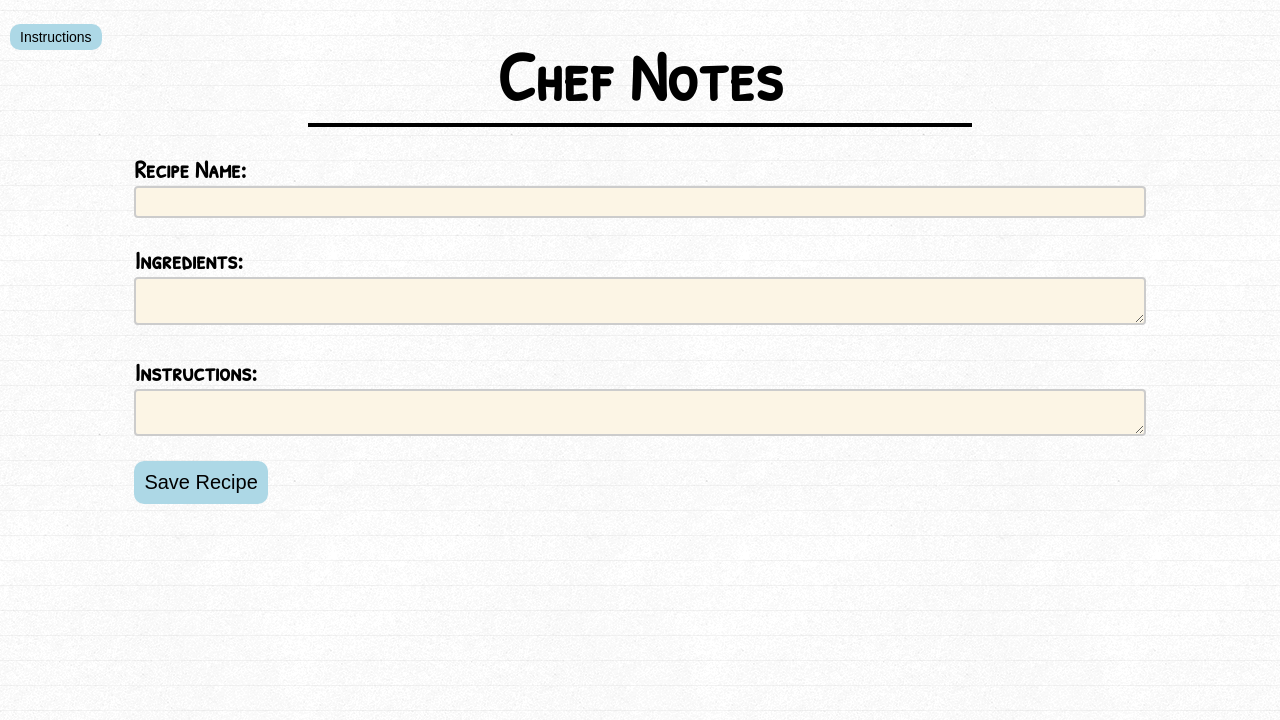
Repository: Chadloswald/RecipeSite
Page: docs/index.html
The author's editor kept a copy of each file at every save. The page is drawn from the files as they stood at one save, then again after the next save.
The browser window is 1280 px wide. The pictures show the whole page.

Above is the page before, as saved 2023-06-05 11:09:15.

### docs/index.html
<!DOCTYPE html>
<html lang="en">
  <head>
    <meta charset="UTF-8">
    <meta name="viewport" content="width=device-width, initial-scale=1.0">
    <title>ChefNotes</title>
    <style type="text/css">
    </style>
    <link rel="stylesheet" href="style.css">
  </head>
  <body>
    <button id="help" class="help">Instructions</button>
    <h1>Chef Notes</h1>
    <form>
      <label for="name">Recipe Name:</label>
      <input type="text" id="name" name="name">
      <br>
      <label for="ingredients">Ingredients:</label>
      <textarea id="ingredients" name="ingredients"></textarea>
      <br>
      <label for="instructions">Instructions:</label>
      <textarea id="instructions" name="instructions"></textarea>
      <br>
      <div id="button-container">
        <button id="saveButton" type="button">Save Recipe</button>
        <button id="printButton">Print Recipes</button>
        <button id="emailButton">Email Recipes</button>
        <button id="deleteButton">Delete All Recipes</button>
      </div>
    </form>
    <div id="recipe-list">
      <div class="recipe-line"></div>
    <div id="list"></div>
    </div>
    <script src="scripts.js"></script>
  </body>
</html>

### docs/style.css
@font-face {
  font-family: 'Patrick Hand';
  src: url('PatrickHandSC-Regular.ttf') format('truetype');
}

body {
  font-family: 'Patrick Hand', cursive;
  margin-top: 30px 0px 0px 0px;
  padding: 0;
  background-image: url("lined-paper-2.png");
}

h1 {
  text-align: center;
  padding: 20px 0 0 0;
  border-bottom: 4px solid black;
  margin: 0 300px;
  font-size: 70px;
}

#help {
  position: fixed;
  top: 10px;
  left: 10px;
}

.help {
  font-size: 14px;
  padding: 5px 10px;
}

form {
  width: 80%;
  margin: 0 auto;
}

label {
  display: block;
  font-weight: bold;
  margin-top: 1em;
  font-size: 25px;
}

input[type="text"], textarea {
  background-color: #FCF5E5;
  width: 100%;
  box-sizing: border-box;
  padding: 0.5em;
  border: 2px solid #ccc;
  border-radius: 4px;
}

button {
  margin: 1em auto;
  padding: 0.5em;
  border-radius: 10px;
  font-size: 20px;
  border: none;
  cursor: pointer;
  background-color: #ADD8E6;
  color: black;
}

button:hover {
  background-color: gray;
  color: #FCF5E5;
}

.button-container {
  display: flex;
  flex-direction: row;
  align-items: center;
  justify-content: center;
}

.button-container button {
  margin: 0 10px;
}

#printButton {
  display: none;
}

#emailButton {
  display: none;
}

#deleteButton {
  display: none;
}

#recipe-list {
  width: 80%;
  margin: 1em auto;
  font-size: 25px;
}

h2 {
  font-size: 25px;
}

p {
  font-size: 20px;
}

.recipe-line {
  height: 1px;
	background-color: black;
	position: relative;
	margin-top: 30px;
	margin-bottom: 30px;
	left: 0;
	width: 50%;
  display: none;
}

.recipe:not(:last-child) .recipe-line {
  display: block;
  margin-left: 25%;
}

/* Printing style */
@media print {
  /* Remove form elements */
  form {
    display: none;
  }

  #help {
    display: none;
  }

  /* Position Chef and Notes next to each other */
  h1 {
    display: flex;
    align-items: center;
    justify-content: center;
    font-size: 40px;
    margin: 0;
    padding-top: 20px;
    border-bottom: 4px solid black;
    page-break-after: avoid; /* prevent the header from breaking across pages */
  }

  h1 span:first-child {
    margin-right: 20px; /* add space between Chef and Notes */
  }

  /* Adjust margins and padding */
  body {
    margin: 20mm 25mm 20mm 25mm; /* top right bottom left */
    padding: 0;
  }

  h2 {
    font-size: 30px;
  }

  p {
    font-size: 20px;
  }

  /* Add page breaks between recipes */
  .recipe:not(:last-child) {
    page-break-after: always;
  }
  #recipe-list {
    margin-left: 0;
  }
}

/* CSS for screens up to 820px */
@media screen and (max-width: 820px) {
  body {
    margin-top: 12px;
  }

  h1 {
    font-size: 38px;
    margin: 0 40px;
  }

  form {
    width: 85%;
  }

  button {
    font-size: 14px;
    padding: 0.25em;
  }
}

/* CSS for screens up to 600px */
@media screen and (max-width: 600px) {
  body {
    margin-top: 10px;
  }

  h1 {
    font-size: 40px;
    margin: 0 50px;
  }

  form {
    width: 90%;
  }

  button {
    font-size: 15px;
    padding: 0.3em;
  }
}

/* CSS for screens up to 480px */
@media screen and (max-width: 480px) {
  body {
    margin-top: 15px;
  }

  h1 {
    font-size: 35px;
    margin: 0 30px;
  }

  form {
    width: 80%;
  }

  button {
    font-size: 12px;
    padding: 0.2em;
  }
}

/* CSS for screens up to 320px */
@media screen and (max-width: 320px) {
  body {
    margin-top: 20px;
  }

  h1 {
    font-size: 30px;
    margin: 0 20px;
  }

  form {
    width: 70%;
  }

  button {
    font-size: 10px;
    padding: 0.1em;
  }
}

.recipe {
  word-wrap: break-word;
}

### docs/scripts.js
const recipeList = document.getElementById('recipe-list');

document.addEventListener('DOMContentLoaded', function() {

  const save = document.getElementById('saveButton');

  const nameInput = document.getElementById('name');
  const ingredientsInput = document.getElementById('ingredients');
  const instructionsInput = document.getElementById('instructions');

  save.addEventListener('click', function() {

    const name = nameInput.value.trim();
    const ingredients = ingredientsInput.value.trim();
    const instructions = instructionsInput.value.trim();

    if (name === '' || ingredients === '' || instructions === '') {
      alert('Please fill in all the fields before saving the recipe.');
      return
    }

    document.getElementById("printButton").style.display = "inline";
    document.getElementById("emailButton").style.display = "inline";
    document.getElementById("deleteButton").style.display = "inline";

    const recipe = document.createElement('div');
    recipe.classList.add('recipe'); // Add the 'recipe' class

    const recipeName = document.createElement('h2');
    const recipeIngredients = document.createElement('p');
    const recipeInstructions = document.createElement('p');
    const recipeLine = document.createElement('div');

    recipeLine.classList.add('recipe-line');

    recipe.appendChild(recipeLine);

    recipeName.innerText = name;
    recipeIngredients.innerText = `Ingredients: ${ingredients}`;
    recipeInstructions.innerText = `Instructions: ${instructions}`;

    recipe.appendChild(recipeName);
    recipe.appendChild(recipeIngredients);
    recipe.appendChild(recipeInstructions);

    recipeList.appendChild(recipe);

    recipeLine.style.display = 'block';

    nameInput.value = '';
    ingredientsInput.value = '';
    instructionsInput.value = '';
  });

  const printButton = document.getElementById('printButton');

  printButton.addEventListener('click', function() {
    window.print();
    event.preventDefault();
  });

  const emailButton = document.getElementById('emailButton');

  emailButton.addEventListener('click', function() {
    // Get the saved recipe list
    const recipes = recipeList.getElementsByClassName('recipe');

    // Create the email body with the contents of the saved recipe list
    let emailBody = '';
    for (let i = 0; i < recipes.length; i++) {
      const recipe = recipes[i];
      const recipeName = recipe.querySelector('h2').innerText;
      const recipeIngredients = recipe.querySelector('p:nth-of-type(1)').innerText;
      const recipeInstructions = recipe.querySelector('p:nth-of-type(2)').innerText;

      emailBody += `${recipeName}\n\nIngredients: ${recipeIngredients}\n\nInstructions: ${recipeInstructions}\n\n`;
    }

    event.preventDefault();
    // Open the default email client with the populated email body
    const subject = 'My Saved Recipes';
    const mailtoLink = `mailto:?subject=${encodeURIComponent(subject)}&body=${encodeURIComponent(emailBody)}`;
    window.location.href = mailtoLink;

  });

  help.addEventListener('click', function() {
    window.alert("\nWelcome to Chef Notes! \nChef Notes is designed for you to quickly jot down those recipe ideas that you have on the go! Just fill in the Recipe Name, the Ingredients, and the Directions into the corresponding fields then click the Save Recipe button. \nOnce you've got a recipe or two saved up, click the Print Recipe button to open your devices print services, select a printer, then print a hard copy of your recipes \nClick the Email Recipes button to open up your device's default email client so you can send your recipes wherever they need to go!");
  });
  const deleteButton = document.getElementById("deleteButton")
  deleteButton.addEventListener('click', function() {
    recipeList.innerHTML = '';

  });
});

After the next save:
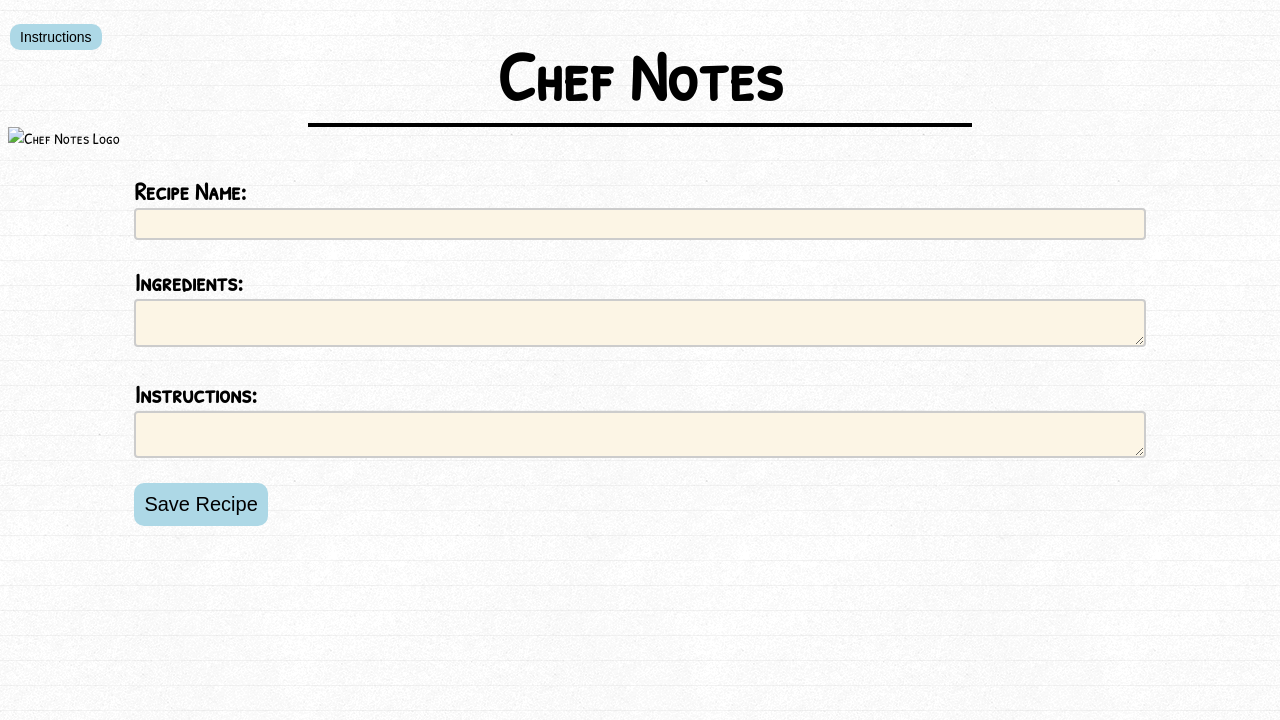
Saved 12 days later.
--- a/docs/index.html
+++ b/docs/index.html
@@ -11,6 +11,9 @@
   <body>
     <button id="help" class="help">Instructions</button>
     <h1>Chef Notes</h1>
+    <div id="logo">
+      <img scr="/CNLogo_cropped.png" alt="Chef Notes Logo">
+    </div>
     <form>
       <label for="name">Recipe Name:</label>
       <input type="text" id="name" name="name">
